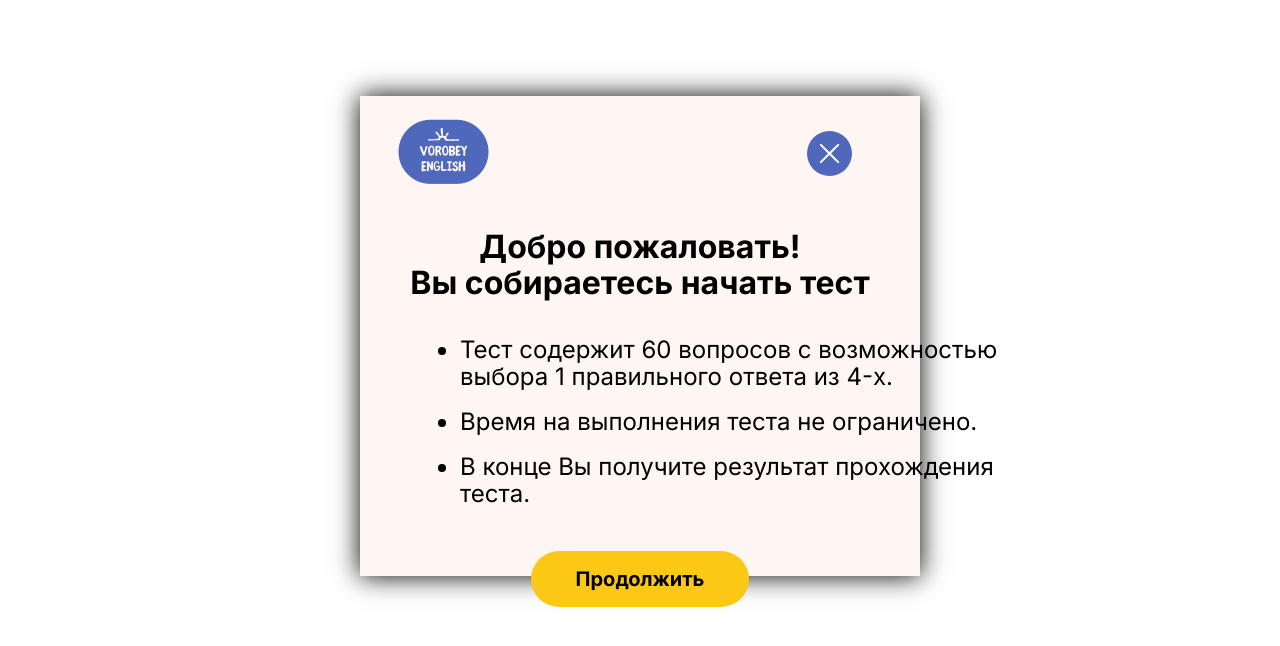
Repository: WladimirVA/PP-01-01_Dandelions
Page: next_test.html
The author's editor kept a copy of each file at every save. The page is drawn from the files as they stood at one save, then again after the next save.
The browser window is 1280 px wide. The pictures show the whole page.

Above is the page before, as saved 2023-02-14 17:15:34.

After the next save:
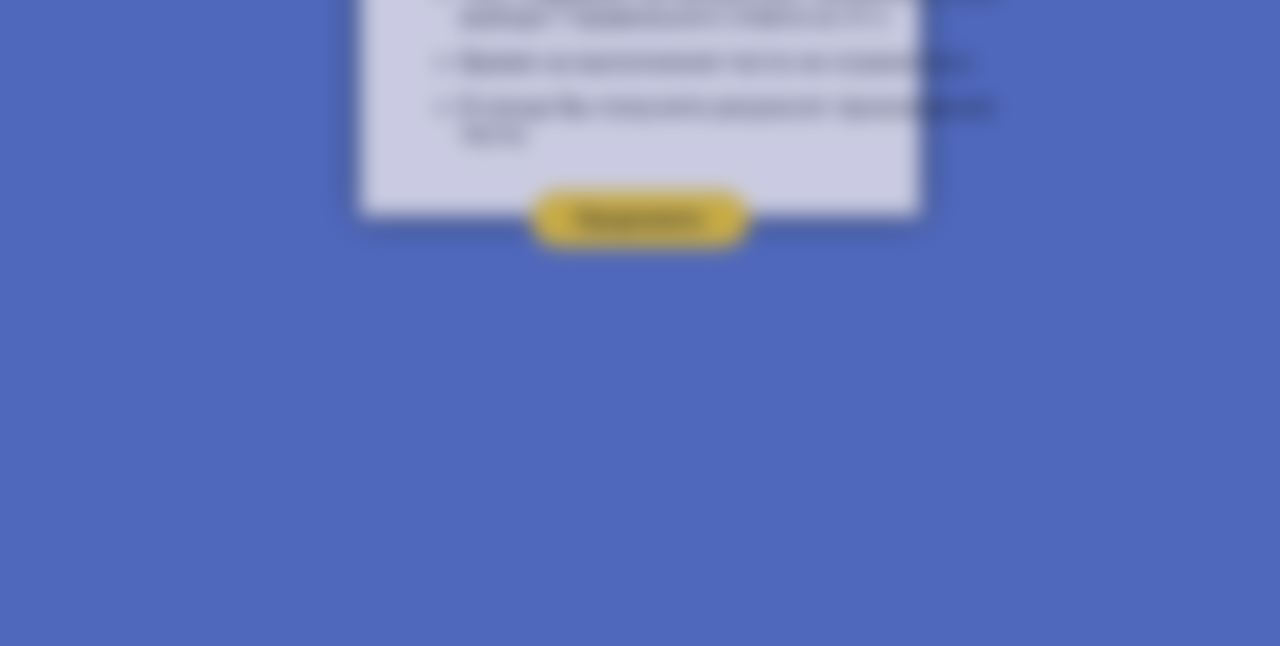
Saved 59 s later.
--- a/static/css/name.css
+++ b/static/css/name.css
@@ -4,6 +4,9 @@ body {
     max-width: 1366px;
     margin: auto;
     font-family: 'Inter', 'Work Sans', "NunitoSans-Light", Arial, Helvetica, sans-serif;
+    background: #4F68BB;
+    opacity: 0.7;
+    filter: blur(10px);
 }
 
 * {
